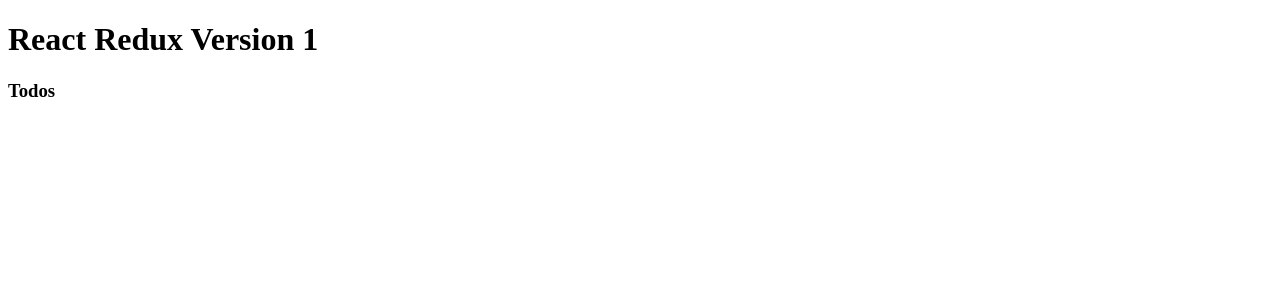
Repository: huynhnt1406/react-redux-tutorial
Page: / (app in react-hooks/)
An editor plug-in stored every save of this project. The page is shown before and after the next save, followed by the edit.
The browser window is 1280 px wide. The pictures show the whole page.
The project was rebuilt for these pictures with package versions that can differ from the ones it lists, and the page was loaded fresh each time.

Above is the page before, as saved 2021-06-18 20:41:10.

### react-hooks/src/App.js
import Todos from "./component/Todos";
import TodosContextProvider from "./context/todosContext";

function App() {
  return (
    <TodosContextProvider>
      <div className="App">
        <h1>React Redux Version 1</h1>
        <Todos/>
      </div>
    </TodosContextProvider>
  );
}

export default App;

### react-hooks/src/component/Todos.jsx
import React, { useContext } from 'react'
import { TodosContext } from '../context/todosContext'

function Todos() {
    const tododata = useContext(TodosContext)
    const {todos} = tododata
    console.log(todos)
    return (
        <div>
           <h3>Todos</h3>
           {

           }
        </div>
    )
}

export default Todos

### react-hooks/src/context/todosContext.js
import { createContext, useState } from "react";


export const TodosContext = createContext()


const TodosContextProvider = ({children}) => {
    const [todos, setTodos] = useState([
        {
            id:1,
            title:'viec 1',
            completed:false
        },
        {
            id:2,
            title:'viec 2',
            completed:false
        },
        {
            id:3,
            title:'viec 3',
            completed:false
        }
    ])
    const todosContextData = {
        todos,
    }
    return(
        <TodosContext.Provider value={todosContextData}>
            {children}
        </TodosContext.Provider>
    )
}

export default TodosContextProvider

Loaded but not shown: react-hooks/public/index.html (common file); react-hooks/src/index.js (common file); react-hooks/src/reportWebVitals.js (common file)

After the next save:
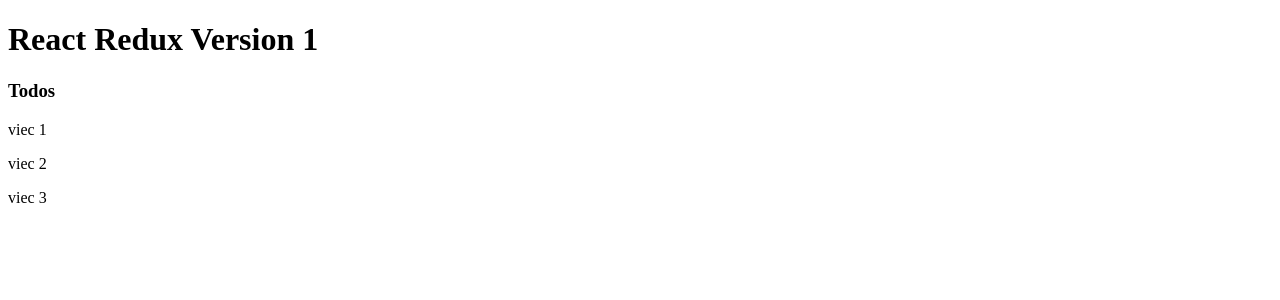
Saved 23 s later.
--- a/react-hooks/src/component/Todos.jsx
+++ b/react-hooks/src/component/Todos.jsx
@@ -9,7 +9,9 @@ function Todos() {
         <div>
            <h3>Todos</h3>
            {
-
+                todos.map(todo => (
+                    <p key={todo.id}>{todo.title}</p>
+                ))
            }
         </div>
     )
